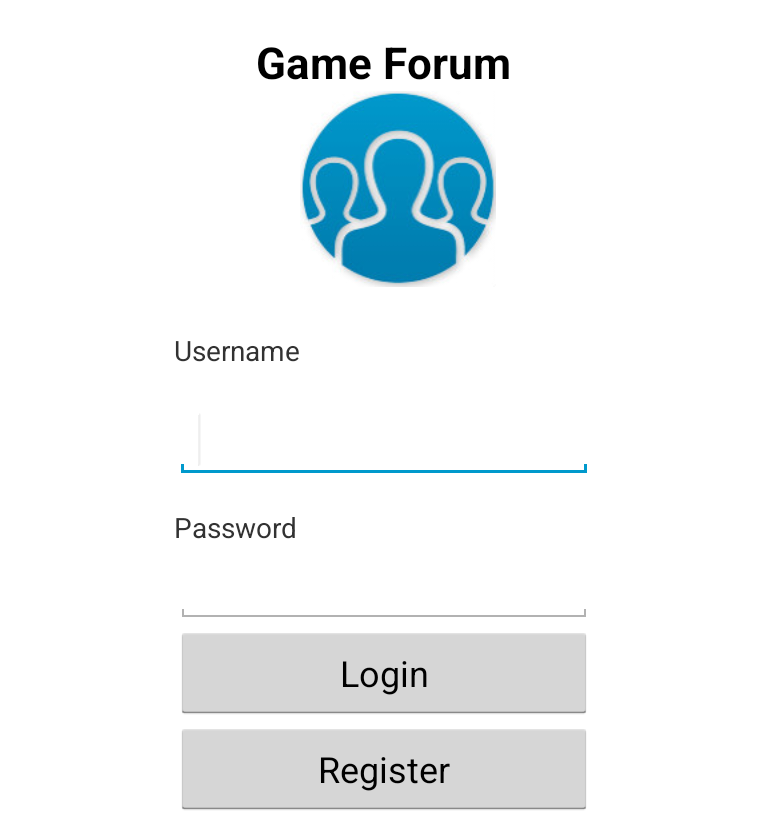
Repository: yuanpeixin/Project
Layout: GameForum/res/layout/login.xml
The author's editor kept a copy of each file at every save. The layout is drawn from the files as they stood at one save, then again after the next save.
The pictures show rows 0 to 817 of an output 1280 px tall.
Pictures or frames that could not be fetched are drawn as grey boxes. It is drawn on a 768 x 1280 px phone screen (xhdpi) without system bars, with theme AppTheme; the app's code is not run.

Above is the layout before, as saved 2015-10-05 04:24:37.

### GameForum/res/layout/login.xml
<?xml version="1.0" encoding="utf-8"?>
<RelativeLayout xmlns:android="http://schemas.android.com/apk/res/android"
    xmlns:ads="http://schemas.android.com/apk/res-auto"
    xmlns:tools="http://schemas.android.com/tools"
    android:layout_width="match_parent"
    android:layout_height="match_parent" >

    <TextView
        android:id="@+id/textView2"
        android:layout_width="wrap_content"
        android:layout_height="wrap_content"
        android:layout_alignParentTop="true"
        android:layout_centerHorizontal="true"
        android:layout_marginTop="16dp"
        android:gravity="center"
        android:text="Game Forum"
        android:textAppearance="?android:attr/textAppearanceLarge"
        android:textStyle="bold" />

    <ImageView
        android:id="@+id/imageView1"
        android:layout_width="wrap_content"
        android:layout_height="wrap_content"
        android:layout_below="@+id/textView2"
        android:layout_toRightOf="@+id/textView1"
        android:src="@drawable/forum_icon" />

    <TextView
        android:id="@+id/textView1"
        android:layout_width="wrap_content"
        android:layout_height="wrap_content"
        android:layout_alignLeft="@+id/username"
        android:layout_below="@+id/imageView1"
        android:layout_marginTop="22dp"
        android:text="Username" />

    <EditText
        android:id="@+id/username"
        android:layout_width="wrap_content"
        android:layout_height="wrap_content"
        android:layout_alignLeft="@+id/TextView01"
        android:layout_below="@+id/textView1"
        android:layout_marginTop="16dp"
        android:ems="10" >

        <requestFocus />
    </EditText>

    <TextView
        android:id="@+id/TextView01"
        android:layout_width="wrap_content"
        android:layout_height="wrap_content"
        android:layout_alignLeft="@+id/password"
        android:layout_below="@+id/username"
        android:layout_marginTop="14dp"
        android:text="Password" />

    <EditText
        android:id="@+id/password"
        android:layout_width="wrap_content"
        android:layout_height="wrap_content"
        android:layout_below="@+id/TextView01"
        android:layout_centerHorizontal="true"
        android:ems="10"
        android:inputType="textPassword" >
    </EditText>

    <Button
        android:id="@+id/register"
        android:layout_width="wrap_content"
        android:layout_height="wrap_content"
        android:layout_alignLeft="@+id/login"
        android:layout_alignRight="@+id/login"
        android:layout_below="@+id/login"
        android:text="Register" />

    <Button
        android:id="@+id/login"
        android:layout_width="wrap_content"
        android:layout_height="wrap_content"
        android:layout_alignLeft="@+id/password"
        android:layout_alignRight="@+id/username"
        android:layout_below="@+id/password"
        android:text="Login" />

    <com.google.android.gms.ads.AdView
        android:id="@+id/adView"
        android:layout_width="wrap_content"
        android:layout_height="wrap_content"
        android:layout_alignParentBottom="true"
        android:layout_below="@+id/register"
        android:layout_centerHorizontal="true"
        ads:adSize="BANNER"
        ads:adUnitId="ca-app-pub-3673983865885023/6245257391" >
    </com.google.android.gms.ads.AdView>

    <EditText android:layout_width="wrap_content" >
    </EditText>

</RelativeLayout>

### GameForum/res/values/styles.xml
<resources>

    <!--
        Base application theme, dependent on API level. This theme is replaced
        by AppBaseTheme from res/values-vXX/styles.xml on newer devices.
    -->
    <style name="AppBaseTheme" parent="android:Theme.Light">
        <!--
            Theme customizations available in newer API levels can go in
            res/values-vXX/styles.xml, while customizations related to
            backward-compatibility can go here.
        -->
    </style>

    <!-- Application theme. -->
    <style name="AppTheme" parent="AppBaseTheme">
        <!-- All customizations that are NOT specific to a particular API-level can go here. -->
    </style>



    <style name="WhiteText">
        <item name="android:layout_width">fill_parent</item>
        <item name="android:layout_height">wrap_content</item>
        <item name="android:textColor">#ffffff</item>
        <item name="android:gravity">center</item>
        <item name="android:layout_margin">1dp</item>
        <item name="android:textSize">18sp</item>
        <item name="android:textStyle">bold</item>
        <item name="android:shadowColor">#000000</item>
        <item name="android:shadowDx">1</item>
        <item name="android:shadowDy">1</item>
        <item name="android:shadowRadius">2</item>
    </style>

      <style name="BlackText">
        <item name="android:layout_width">fill_parent</item>
        <item name="android:layout_height">wrap_content</item>
        <item name="android:textColor">#000000</item>
        <item name="android:gravity">center</item>
        <item name="android:layout_margin">5dp</item>
        <item name="android:textSize">25sp</item>
        <item name="android:textStyle">bold</item>
        <item name="android:shadowColor">#ffffff</item>
        <item name="android:shadowDx">1</item>
        <item name="android:shadowDy">1</item>
        <item name="android:shadowRadius">2</item>
    </style>

</resources>

Loaded but not shown: GameForum/res/values-v11/styles.xml (common file); GameForum/res/values-v14/styles.xml (common file)

After the next save:
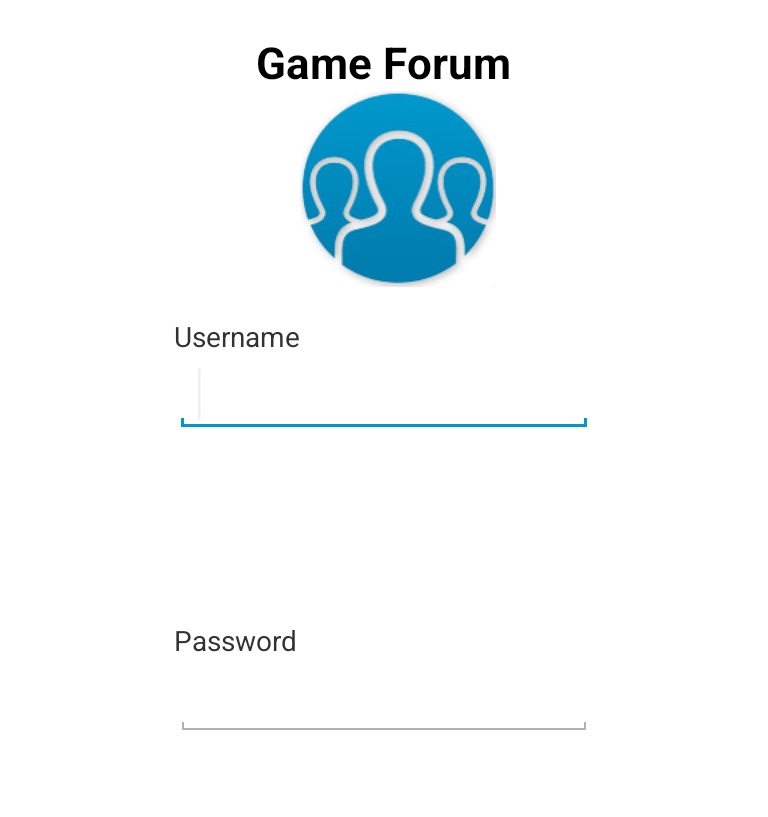
Saved 100 s later.
--- a/GameForum/res/layout/login.xml
+++ b/GameForum/res/layout/login.xml
@@ -31,7 +31,7 @@
         android:layout_height="wrap_content"
         android:layout_alignLeft="@+id/username"
         android:layout_below="@+id/imageView1"
-        android:layout_marginTop="22dp"
+        android:layout_marginTop="15dp"
         android:text="Username" />
 
     <EditText
@@ -40,7 +40,6 @@
         android:layout_height="wrap_content"
         android:layout_alignLeft="@+id/TextView01"
         android:layout_below="@+id/textView1"
-        android:layout_marginTop="16dp"
         android:ems="10" >
 
         <requestFocus />
@@ -51,9 +50,37 @@
         android:layout_width="wrap_content"
         android:layout_height="wrap_content"
         android:layout_alignLeft="@+id/password"
-        android:layout_below="@+id/username"
-        android:layout_marginTop="14dp"
+        android:layout_centerVertical="true"
         android:text="Password" />
+
+    <com.google.android.gms.ads.AdView
+        android:id="@+id/adView"
+        android:layout_width="wrap_content"
+        android:layout_height="wrap_content"
+        android:layout_alignParentBottom="true"
+        android:layout_alignParentLeft="true"
+        ads:adSize="BANNER"
+        ads:adUnitId="ca-app-pub-3673983865885023/6245257391" >
+    </com.google.android.gms.ads.AdView>
+
+    <Button
+        android:id="@+id/register"
+        android:layout_width="wrap_content"
+        android:layout_height="wrap_content"
+        android:layout_above="@+id/adView"
+        android:layout_alignLeft="@+id/login"
+        android:layout_alignRight="@+id/login"
+        android:layout_marginBottom="17dp"
+        android:text="Register" />
+
+    <Button
+        android:id="@+id/login"
+        android:layout_width="wrap_content"
+        android:layout_height="wrap_content"
+        android:layout_above="@+id/register"
+        android:layout_alignLeft="@+id/password"
+        android:layout_alignRight="@+id/username"
+        android:text="Login" />
 
     <EditText
         android:id="@+id/password"
@@ -62,39 +89,6 @@
         android:layout_below="@+id/TextView01"
         android:layout_centerHorizontal="true"
         android:ems="10"
-        android:inputType="textPassword" >
-    </EditText>
-
-    <Button
-        android:id="@+id/register"
-        android:layout_width="wrap_content"
-        android:layout_height="wrap_content"
-        android:layout_alignLeft="@+id/login"
-        android:layout_alignRight="@+id/login"
-        android:layout_below="@+id/login"
-        android:text="Register" />
-
-    <Button
-        android:id="@+id/login"
-        android:layout_width="wrap_content"
-        android:layout_height="wrap_content"
-        android:layout_alignLeft="@+id/password"
-        android:layout_alignRight="@+id/username"
-        android:layout_below="@+id/password"
-        android:text="Login" />
-
-    <com.google.android.gms.ads.AdView
-        android:id="@+id/adView"
-        android:layout_width="wrap_content"
-        android:layout_height="wrap_content"
-        android:layout_alignParentBottom="true"
-        android:layout_below="@+id/register"
-        android:layout_centerHorizontal="true"
-        ads:adSize="BANNER"
-        ads:adUnitId="ca-app-pub-3673983865885023/6245257391" >
-    </com.google.android.gms.ads.AdView>
-
-    <EditText android:layout_width="wrap_content" >
-    </EditText>
+        android:inputType="textPassword" />
 
 </RelativeLayout>
